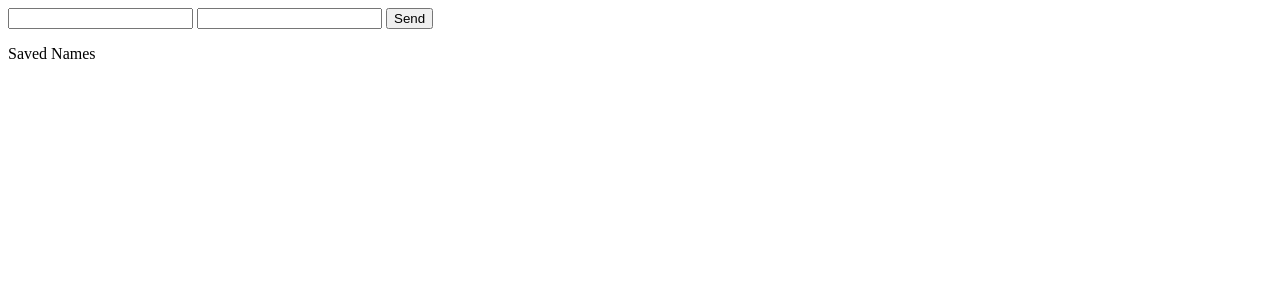
Repository: Amani-Kibet/express-app-web
Page: public/Card.html
An editor plug-in stored every save of this project. The page is shown before and after the next save, followed by the edit.
The browser window is 1280 px wide. The pictures show the whole page.

Above is the page before, as saved 2025-09-25 10:14:58.

After the next save:
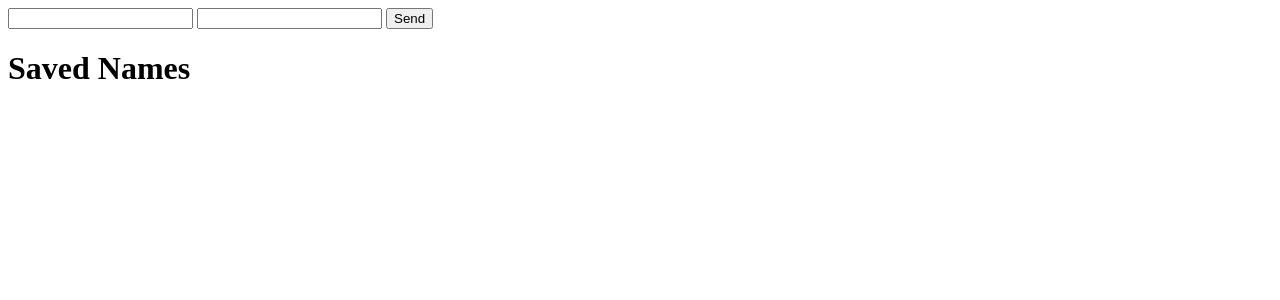
Saved 24 s later.
--- a/public/Card.html
+++ b/public/Card.html
@@ -7,7 +7,7 @@
     <input type="text" id="nameI">
     <input type="number" id="ageI">
     <button id="bt1" onclick="f1()">Send</button>
-    <p> Saved Names</p>
+    <p> <h1>Saved Names<h1></p>
     <ul id="list1"></ul>
 
     <script>
